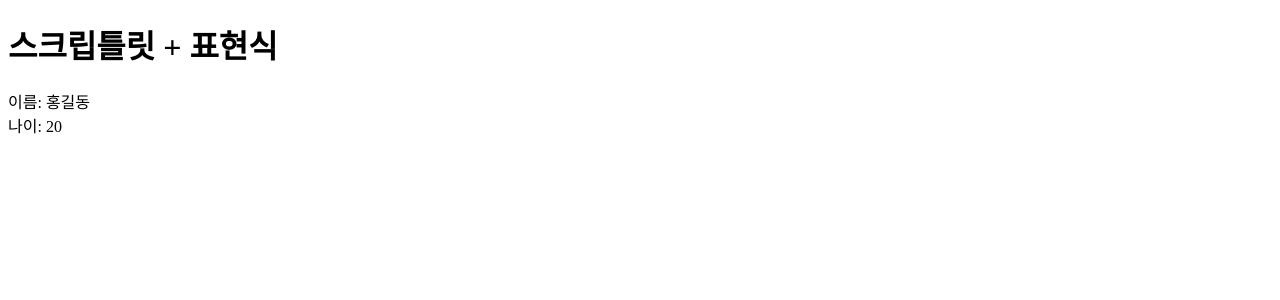
Repository: zzzzzzin/Server_Class
Page: http://localhost/JSPTest/ex06_script.jsp
The author's editor kept a copy of each file at every save. The page is drawn from the files as they stood at one save, then again after the next save.
The browser window is 1280 px wide. The pictures show the whole page.
The page is served by Tomcat 9.

Above is the page before, as saved 2024-04-01 06:44:00.

### JSPTest/src/main/webapp/ex06_script.jsp
<%@ page language="java" contentType="text/html; charset=UTF-8"
    pageEncoding="UTF-8"%>
	<%
		//이 비즈니스 코드는 java코드와 섞어 작성 x => 보통 상단에 작성
		//Connection conn;
		//PrepardeStatement stat
		//ResultSet rs;
		//rs.getString("name")

		String name = "홍길동";
		int age = 20;

	%>
<!DOCTYPE html>
<html>
<head>
<meta charset="UTF-8">
<title>Insert title here</title>
</head>
<body>
	<%-- <% int a = 10; %> --%>

	<h1>스크립틀릿 + 표현식</h1>

	<div>이름: <%=name %> </div>
	<div>나이: <%=age %> </div>

</body>
</html>

After the next save:
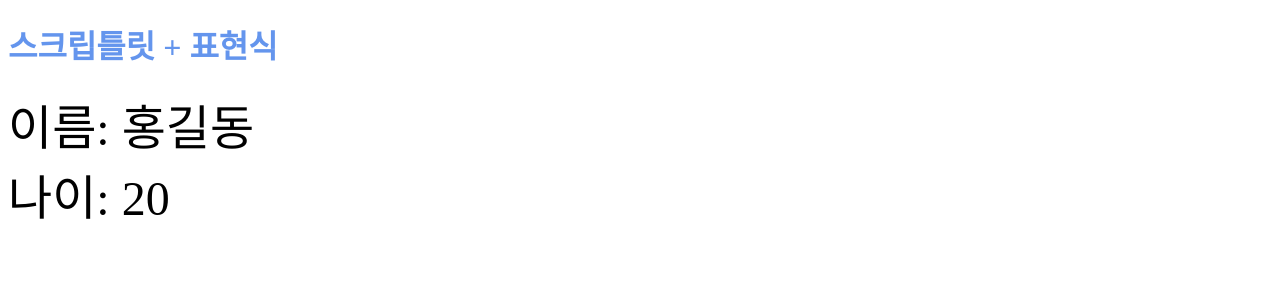
Saved 4 min 11 s later.
--- a/JSPTest/src/main/webapp/ex06_script.jsp
+++ b/JSPTest/src/main/webapp/ex06_script.jsp
@@ -9,6 +9,8 @@
 
 		String name = "홍길동";
 		int age = 20;
+		String color = "cornflowerblue";
+		String css = "font-size:3rem;";
 
 	%>
 <!DOCTYPE html>
@@ -16,6 +18,15 @@
 <head>
 <meta charset="UTF-8">
 <title>Insert title here</title>
+<style>
+	h1 {
+		color: <%=color %>;
+	}
+
+	div {
+		<%= css%>
+	}
+</style>
 </head>
 <body>
 	<%-- <% int a = 10; %> --%>
@@ -24,6 +35,8 @@
 
 	<div>이름: <%=name %> </div>
 	<div>나이: <%=age %> </div>
+	<div style="background-color: <%=color %> ></div>
+
 
 </body>
 </html>
